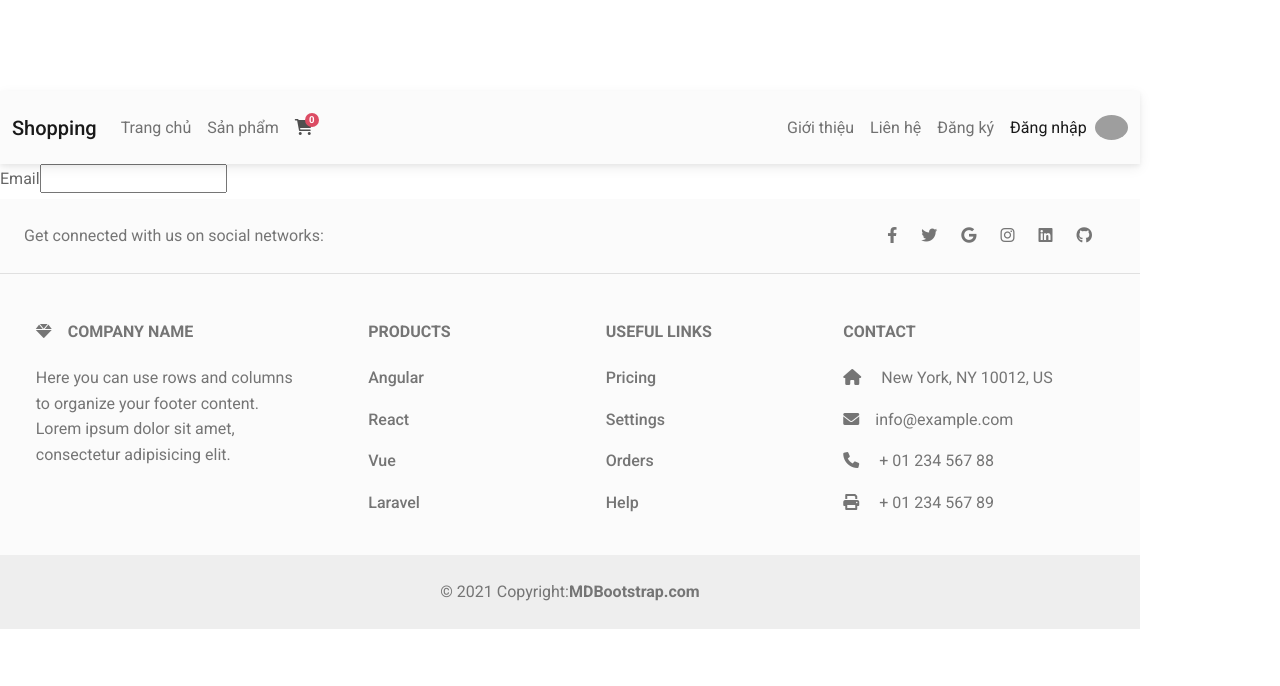
Repository: TinhTT336/MD02_Session10
Page: /login
These files come from the project's save history. The page is drawn as it stood at one moment and after the next save; the edit follows.
The browser window is 1280 px wide. The pictures show the whole page.
Pictures or frames that could not be fetched are drawn as grey boxes. Some web libraries are served in a nearby version. The project was rebuilt for these pictures with package versions that can differ from the ones it lists, and the page was loaded fresh each time. Also part of the build but not shown: vite.config.js, src/components/base/button/button.css, src/components/base/button/Button.jsx, src/pages/Home.jsx, src/common/formatMoney.js, src/actions/cartActions.js, src/pages/ListProduct.jsx, src/pages/Cart.jsx and 13 more.

Above is the page before, as saved 2023-09-08 17:00:25.

### index.html
<!DOCTYPE html>
<html lang="en">
  <head>
    <meta charset="UTF-8" />
    <link rel="icon" type="image/svg+xml" href="/vite.svg" />
    <meta name="viewport" content="width=device-width, initial-scale=1.0" />
    <title>Vite + React</title>
    <!-- Font Awesome -->
    <link
      href="https://cdnjs.cloudflare.com/ajax/libs/font-awesome/6.0.0/css/all.min.css"
      rel="stylesheet"
    />
    <!-- Google Fonts -->
    <link
      href="https://fonts.googleapis.com/css?family=Roboto:300,400,500,700&display=swap"
      rel="stylesheet"
    />
    <!-- MDB -->
    <link
      href="https://cdnjs.cloudflare.com/ajax/libs/mdb-ui-kit/6.4.1/mdb.min.css"
      rel="stylesheet"
    />
  </head>
  <body>
    <div id="root"></div>
    <script type="module" src="/src/main.jsx"></script>
    <script
      type="text/javascript"
      src="https://cdnjs.cloudflare.com/ajax/libs/mdb-ui-kit/6.4.1/mdb.min.js"
    ></script>
  </body>
</html>

### src/main.jsx
import React from 'react'
import ReactDOM from 'react-dom/client'
import App from './App.jsx'
import './index.css'
import { BrowserRouter } from 'react-router-dom'
import { Provider } from 'react-redux'
import { createStore } from 'redux'
import { reducer } from './reducers/index.js'

const store = createStore(reducer)
ReactDOM.createRoot(document.getElementById('root')).render(
  <React.StrictMode>
    <BrowserRouter>
      <Provider store={store}>
        <App />
      </Provider>
    </BrowserRouter>
  </React.StrictMode>,
)

### src/App.jsx

import { Route, Routes, useLocation } from 'react-router-dom'
import './App.css'
import Home from './pages/Home'
import ListProduct from './pages/ListProduct'
import Cart from './pages/Cart'
import About from './pages/About'
import Contact from './pages/Contact'
import Register from './pages/Register'
import Login from './pages/Login'
import ProductDetail from './pages/ProductDetail'
import { useEffect } from 'react'
import PrivateRouter from './pages/private/PrivateRouter'
import HomeAdmin from './pages/private/HomeAdmin'
import ManagerProduct from './pages/private/ManagerProduct'
import ManagerUser from './pages/private/ManagerUser'

function App() {
  const location = useLocation();
  useEffect(() => {
    window.scrollTo({ top: 0, behavior: "smooth" });
  }, [location.pathname])
  return (
    <>
      <Routes>
        {/* Router ai cung co the truy cap */}
        <Route path='/' element={<Home />}></Route>
        <Route path='/list-product' element={<ListProduct />}></Route>
        <Route path='/product/:id' element={<ProductDetail />}></Route>
        <Route path='/cart' element={<Cart />}></Route>
        <Route path='/about' element={<About />}></Route>
        <Route path='/contact' element={<Contact />}></Route>
        <Route path='/register' element={<Register />}></Route>
        <Route path='/login' element={<Login />}></Route>
        <Route path='/product-detail' element={<ProductDetail />}></Route>

        {/* Router chi admin moi co the truy cap */}
        <Route path='/admin' element={<PrivateRouter />}>
          {/* path ="/" duong dan tuyet doi */}
          <Route index element={<HomeAdmin />}></Route>
          <Route path='manager-product' element={<ManagerProduct />}></Route>
          <Route path='manager-user' element={<ManagerUser />}></Route>
        </Route>
      </Routes>
    </>
  )
}

export default App

### src/reducers/index.js
import { combineReducers } from "redux";
import { listProduct } from "./listProduct";
import { listCart } from "./listCart";

export const reducer = combineReducers({ listProduct, listCart });

### src/App.css
* {
  margin: 0;
  padding: 0;
  box-sizing: border-box;
}
/* .active {
  background-color: #efefef;
} */
/* body {
  max-width: 90%;
  margin: 0 auto;
} */

.nav-item .nav-link {
  padding: 15px;
}

.fa-cart-shopping {
  position: relative;
}

.fa-cart-shopping + span {
  position: absolute;
  top: -10px;
  right: -10px;
  background-color: red;
  color: white;
  border-radius: 50%;
  padding: 5px 10px;
}

### src/pages/Login.jsx
import React from 'react'
import Navbar from '../layouts/Navbar'
import Footer from '../layouts/Footer'

export default function Login() {
    return (
        <div>
            <Navbar />
            <form className='form-container'>
                <div className='form-group'>
                    <label className='form-label' htmlFor="email">Email</label>
                    <input className='form-input' type="text" id="email" />
                </div>

            </form>
            <Footer />
        </div>
    )
}

### src/reducers/listProduct.js
import products from "../data/products.json";
export const listProduct = (state = products, action) => {
  return state;
};

### src/reducers/listCart.js
import {
  ACT_ADD_CART,
  ACT_DECREASE,
  ACT_DELETE,
  ACT_INCREASE,
} from "../contrains/actionTypes";

const initialState = JSON.parse(localStorage.getItem("carts")) || [];
const saveDataLocal = (arr) => {
  localStorage.setItem("carts", JSON.stringify(arr));
};

/**
 * ham lay ra vi tri cua product trong listProduct
 * @param {*} id id can kiem tra
 * @param {*} arr mang can kiem tra
 * @returns neu tim thay ban ghi thi tra ra vi tri, neu khong tra ra -1
 * Author: TinhTT(08/09/2023)
 */
const findIndexProduct = (id, arr) => {
  const productIndex = arr.findIndex((p) => p.product_id === id);
  return productIndex;
};
export const listCart = (state = initialState, action) => {
  switch (action.type) {
    case ACT_ADD_CART:
      //b1:clone mang cu
      const newCarts = [...state];
      // vi tri can lay
      const indexProduct = findIndexProduct(
        action.payload.product_id,
        newCarts
      );
      // b2: kiem tra san pham da ton tai torng gio hang chua?
      if (indexProduct !== -1) {
        // neu da ton tai thi tang so luong
        newCarts[indexProduct].quantity += 1;
        // b3: luu giu lieu len local
        saveDataLocal(newCarts);
        // b4: return mang moi
        return newCarts;
      } else {
        // neu chua thi them vao gio hang
        const newAddCarts = [...state, { ...action.payload, quantity: 1 }];
        // b3: luu giu lieu len local
        saveDataLocal(newAddCarts);
        // b4: return mang moi
        return newAddCarts;
      }
    case ACT_DECREASE:
      // clone ra mang moi
      const newArr = [...state];
      // tim vi tri san pham
      const indexProductDecrease = findIndexProduct(action.payload, newArr);
      // neu so luong sp lon hon 0 thi giam di
      if (newArr[indexProductDecrease].quantity > 1) {
        newArr[indexProductDecrease].quantity -= 1;
        saveDataLocal(newArr);
        return newArr;
      } else {
        // neu so luong bang 0 thi clear khoi gio hang
        //cach 1:
        // newArr.splice(indexProductDecrease, 1);
        // saveDataLocal(newArr);
        // return newArr;

        // cach 2:
        const productFilter = newArr.filter(
          (p) => p.product_id !== action.payload
        );
        saveDataLocal(productFilter);
        return productFilter;
      }
    case ACT_INCREASE:
      // tim vi tri san pham
      const indexProductIncrease = findIndexProduct(action.payload, state);
      // clone ra mang moi
      const newArrIncrease = [...state];
      newArrIncrease[indexProductIncrease].quantity += 1;
      saveDataLocal(newArrIncrease);
      return newArrIncrease;
    case ACT_DELETE:
      // clone ra mang moi
      const newArrDelete = [...state];
      // loc ra cac san pham co id khac voi id cua sp can xoa
      const newArrAfterDelete = newArrDelete.filter(
        (p) => p.product_id !== action.payload
      );
      // luu giu lieu len local
      saveDataLocal(newArrAfterDelete);
      // return mang moi
      return newArrAfterDelete;
    default:
      return state;
  }
};

### src/layouts/Navbar.jsx
import React from 'react'
import { useSelector } from 'react-redux'
import { Link, NavLink } from 'react-router-dom'

export default function Navbar() {
    const carts = useSelector(cart => cart.listCart);
    return (
        <div>
            <>
                {/* Navbar start */}
                {/* Navbar */}
                <nav className="navbar navbar-expand-lg navbar-light bg-light">
                    {/* Container wrapper */}
                    <div className="container-fluid">
                        {/* Toggle button */}
                        <button
                            className="navbar-toggler"
                            type="button"
                            data-mdb-toggle="collapse"
                            data-mdb-target="#navbarSupportedContent"
                            aria-controls="navbarSupportedContent"
                            aria-expanded="false"
                            aria-label="Toggle navigation"
                        >
                            <i className="fas fa-bars" />
                        </button>
                        {/* Collapsible wrapper */}
                        <div className="collapse navbar-collapse" id="navbarSupportedContent">
                            {/* Navbar brand */}
                            <a className="navbar-brand mt-2 mt-lg-0" >
                                {" "}
                                Shopping{" "}
                            </a>
                            {/* Left links */}
                            <ul className="navbar-nav me-auto mb-2 mb-lg-0">
                                <li className="nav-item">
                                    <NavLink to={"/"} className="nav-link" >
                                        Trang chủ
                                    </NavLink>
                                </li>
                                <li className="nav-item">
                                    <NavLink to={"/list-product"} className="nav-link" >
                                        Sản phẩm
                                    </NavLink>
                                </li>
                                <li className="nav-item">
                                    {/* Icon */}
                                    <Link to={"/cart"} className="text-reset me-3 nav-link" >
                                        <i className="fas fa-shopping-cart" />
                                        <span className="badge rounded-pill badge-notification bg-danger">
                                            {carts.length}
                                        </span>
                                    </Link>
                                </li>
                            </ul>
                            {/* Left links */}
                        </div>
                        {/* Collapsible wrapper */}
                        {/* Right elements */}
                        <div className="d-flex align-items-center">
                            <ul className="navbar-nav me-auto mb-2 mb-lg-0">
                                <li className="nav-item">
                                    <NavLink to={"/about"} className="nav-link" >
                                        Giới thiệu
                                    </NavLink>
                                </li>
                                <li className="nav-item">
                                    <NavLink to={"/contact"} className="nav-link" >
                                        Liên hệ
                                    </NavLink>
                                </li>
                                <li className="nav-item">
                                    <NavLink to={"/register"} className="nav-link" >
                                        Đăng ký
                                    </NavLink>
                                </li>
                                <li className="nav-item">
                                    <NavLink to={"/login"} className="nav-link" >
                                        Đăng nhập
                                    </NavLink>
                                </li>
                            </ul>
                            {/* Avatar */}
                            <div className="dropdown">
                                <a
                                    className="dropdown-toggle d-flex align-items-center hidden-arrow"

                                    id="navbarDropdownMenuAvatar"
                                    role="button"
                                    data-mdb-toggle="dropdown"
                                    aria-expanded="false"
                                >
                                    <img
                                        src="https://mdbcdn.b-cdn.net/img/new/avatars/2.webp"
                                        className="rounded-circle"
                                        height={25}
                                        alt="Black and White Portrait of a Man"
                                        loading="lazy"
                                    />
                                </a>
                                <ul
                                    className="dropdown-menu dropdown-menu-end"
                                    aria-labelledby="navbarDropdownMenuAvatar"
                                >
                                    <li>
                                        <a className="dropdown-item" >
                                            My profile
                                        </a>
                                    </li>
                                    <li>
                                        <a className="dropdown-item" >
                                            Settings
                                        </a>
                                    </li>
                                    <li>
                                        <a className="dropdown-item" >
                                            Logout
                                        </a>
                                    </li>
                                </ul>
                            </div>
                        </div>
                        {/* Right elements */}
                    </div>
                    {/* Container wrapper */}
                </nav>
                {/* Navbar end */}
            </>

        </div>
    )
}

### src/layouts/Footer.jsx
import React from 'react'

export default function Footer() {
    return (
        <>
            <>
                {/* Footer start */}
                {/* Footer */}
                <footer className="text-center text-lg-start bg-light text-muted">
                    {/* Section: Social media */}
                    <section className="d-flex justify-content-center justify-content-lg-between p-4 border-bottom">
                        {/* Left */}
                        <div className="me-5 d-none d-lg-block">
                            <span>Get connected with us on social networks:</span>
                        </div>
                        {/* Left */}
                        {/* Right */}
                        <div>
                            <a href="" className="me-4 text-reset">
                                <i className="fab fa-facebook-f" />
                            </a>
                            <a href="" className="me-4 text-reset">
                                <i className="fab fa-twitter" />
                            </a>
                            <a href="" className="me-4 text-reset">
                                <i className="fab fa-google" />
                            </a>
                            <a href="" className="me-4 text-reset">
                                <i className="fab fa-instagram" />
                            </a>
                            <a href="" className="me-4 text-reset">
                                <i className="fab fa-linkedin" />
                            </a>
                            <a href="" className="me-4 text-reset">
                                <i className="fab fa-github" />
                            </a>
                        </div>
                        {/* Right */}
                    </section>
                    {/* Section: Social media */}
                    {/* Section: Links  */}
                    <section className="">
                        <div className="container text-center text-md-start mt-5">
                            {/* Grid row */}
                            <div className="row mt-3">
                                {/* Grid column */}
                                <div className="col-md-3 col-lg-4 col-xl-3 mx-auto mb-4">
                                    {/* Content */}
                                    <h6 className="text-uppercase fw-bold mb-4">
                                        <i className="fas fa-gem me-3" />
                                        Company name
                                    </h6>
                                    <p>
                                        Here you can use rows and columns to organize your footer content.
                                        Lorem ipsum dolor sit amet, consectetur adipisicing elit.
                                    </p>
                                </div>
                                {/* Grid column */}
                                {/* Grid column */}
                                <div className="col-md-2 col-lg-2 col-xl-2 mx-auto mb-4">
                                    {/* Links */}
                                    <h6 className="text-uppercase fw-bold mb-4">Products</h6>
                                    <p>
                                        <a href="#!" className="text-reset">
                                            Angular
                                        </a>
                                    </p>
                                    <p>
                                        <a href="#!" className="text-reset">
                                            React
                                        </a>
                                    </p>
                                    <p>
                                        <a href="#!" className="text-reset">
                                            Vue
                                        </a>
                                    </p>
                                    <p>
                                        <a href="#!" className="text-reset">
                                            Laravel
                                        </a>
                                    </p>
                                </div>
                                {/* Grid column */}
                                {/* Grid column */}
                                <div className="col-md-3 col-lg-2 col-xl-2 mx-auto mb-4">
                                    {/* Links */}
                                    <h6 className="text-uppercase fw-bold mb-4">Useful links</h6>
                                    <p>
                                        <a href="#!" className="text-reset">
                                            Pricing
                                        </a>
                                    </p>
                                    <p>
                                        <a href="#!" className="text-reset">
                                            Settings
                                        </a>
                                    </p>
                                    <p>
                                        <a href="#!" className="text-reset">
                                            Orders
                                        </a>
                                    </p>
                                    <p>
                                        <a href="#!" className="text-reset">
                                            Help
                                        </a>
                                    </p>
                                </div>
                                {/* Grid column */}
                                {/* Grid column */}
                                <div className="col-md-4 col-lg-3 col-xl-3 mx-auto mb-md-0 mb-4">
                                    {/* Links */}
                                    <h6 className="text-uppercase fw-bold mb-4">Contact</h6>
                                    <p>
                                        <i className="fas fa-home me-3" /> New York, NY 10012, US
                                    </p>
                                    <p>
                                        <i className="fas fa-envelope me-3" />
                                        info@example.com
                                    </p>
                                    <p>
                                        <i className="fas fa-phone me-3" /> + 01 234 567 88
                                    </p>
                                    <p>
                                        <i className="fas fa-print me-3" /> + 01 234 567 89
                                    </p>
                                </div>
                                {/* Grid column */}
                            </div>
                            {/* Grid row */}
                        </div>
                    </section>
                    {/* Section: Links  */}
                    {/* Copyright */}
                    <div
                        className="text-center p-4"
                        style={{ backgroundColor: "rgba(0, 0, 0, 0.05)" }}
                    >
                        © 2021 Copyright:
                        <a className="text-reset fw-bold" href="https://mdbootstrap.com/">
                            MDBootstrap.com
                        </a>
                    </div>
                    {/* Copyright */}
                </footer>
                {/* Footer */}
                {/* Footer end */}
            </>

        </ >
    )
}

### src/contrains/actionTypes.js
export const ACT_ADD_CART = "add";
export const ACT_DECREASE = "decrease";
export const ACT_INCREASE = "increase";
export const ACT_DELETE = "delete";

### src/layouts/admin/sidebar/sidebar.css
/* .sidebar-admin {
  width: 230px;
  min-height: 100vh;
  color: #afafaf;
  padding: 5px;
}

.router-item {
  padding: 10px;
  border-bottom: 1px solid rgba(255, 255, 255, 0.1);
  cursor: pointer;
  transition: all.3s ease;
  color: #dfdcdc !important;
  font-size: 14px;
  font-weight: 600;
  display: flex;
  align-items: center;
  position: relative;
  z-index: 1;
  padding: 10px 20px 10px 20px;
  background-color: rgba(255, 255, 255, 0.1);
  border-radius: 5px;
  transition: all.3s ease;
  box-shadow: 0 1px 3px rgba(0, 0, 0, 0.12), 0 1px 2px rgba(0, 0, 0, 0.24);
}

.router-item:hover {
  background-color: rgba(255, 255, 255, 0.2);
  box-shadow: 0 14px 26px -12px rgba(0, 0, 0, 0.42),
    0 4px 23px 0px rgba(0, 0, 0, 0.12), 0 8px 10px -5px rgba(0, 0, 0, 0.2);
  color: #fff !important;
}

.router-item:hover.router-item-icon {
  color: #fff;
}

.router-item-icon {
  font-size: 20px;
  margin-right: 10px;
}

.router-item-title {
  font-size: 14px;
  font-weight: 600;
} */

.m-menu {
  width: 230px;
  background-color: #393a3d;
  color: #fff;
  overflow-y: auto;
}

.m-menu a {
  color: #efe3e3;
  text-decoration: none;
  cursor: pointer;
}

.m-logo-container {
  height: 56px;
  width: 230px;
  display: flex;
  align-items: center;
  /* justify-content: center; */
}

.m-logo-icon {
  height: 56px;
  width: 100%;
  border-right: 1px solid #dadada;
}

.m-menu-item {
  height: calc(100vh - 62px);
  overflow: auto;
}

.m-item-router {
  height: 50px;
  display: flex;
  align-items: center;
  padding-right: 14px;
  padding-left: 8px;
  border-left: 6px solid transparent;
  position: relative;
}

.m-item-router.active::before,
.m-item-router:hover::before {
  content: "";
  color: #fff;
  background: rgb(212, 215, 220);
  opacity: 0.2;
  width: calc(100% + 6px);
  height: 50px;
  left: -6px;
  top: 0px;
  position: absolute;
}

@media screen and (max-width: 600px) {
  .m-item-router .m-item-title {
    display: none;
  }

  .m-menu {
    width: 48px;
  }

  .m-logo-icon {
    height: 70px;
  }
  .collapse {
    left: 8px;
  }
  .collapse .m-item-title {
    display: none;
  }

  .m-navbar {
    height: 48px !important;
  }
}

.m-icon-15-fs {
  margin-right: 8px;
}

Loaded but not shown: src/index.css (common file); src/data/products.json (44 lines, source omitted)

After the next save:
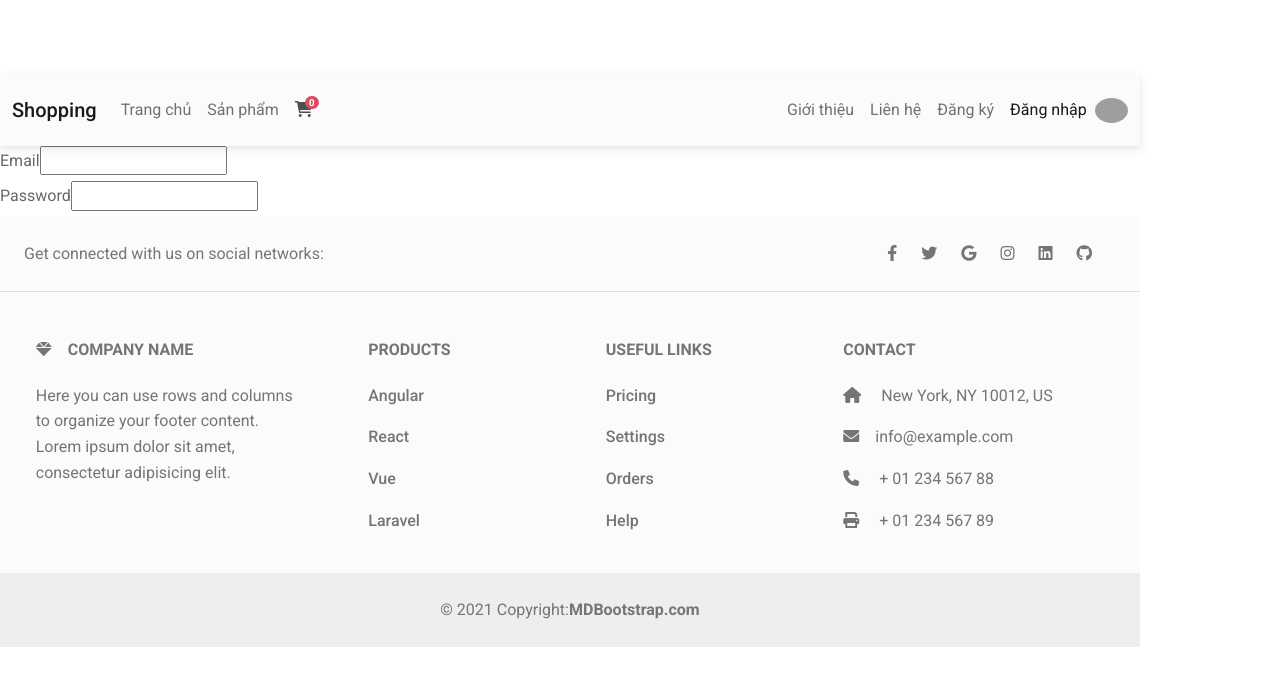
Saved 34 s later.
--- a/src/pages/Login.jsx
+++ b/src/pages/Login.jsx
@@ -11,6 +11,10 @@ export default function Login() {
                     <label className='form-label' htmlFor="email">Email</label>
                     <input className='form-input' type="text" id="email" />
                 </div>
+                <div className='form-group'>
+                    <label className='form-label' htmlFor="password">Password</label>
+                    <input className='form-input' type="password" id="password" />
+                </div>
 
             </form>
             <Footer />
